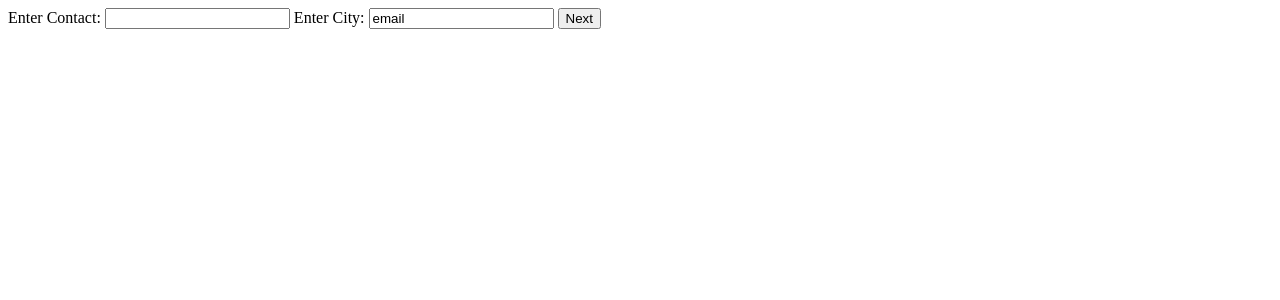
Repository: yrosario/ServeletPractiseEclipse
Page: session_demo/WebContent/Three.html
The author's editor kept a copy of each file at every save. The page is drawn from the files as they stood at one save, then again after the next save.
The browser window is 1280 px wide. The pictures show the whole page.

Above is the page before, as saved 2021-05-01 21:44:59.

### session_demo/WebContent/Three.html
<!DOCTYPE html>
<html>
<head>
<meta charset="UTF-8">
<title>Third</title>
</head>
<body>
	<form action="SummaryServlet" method="post">
		Enter Contact: <input type="number" value="age">
		Enter City: <input type="email" value="email">
		<input type="submit" value="Next">
	</form>

</body>
</html>

After the next save:
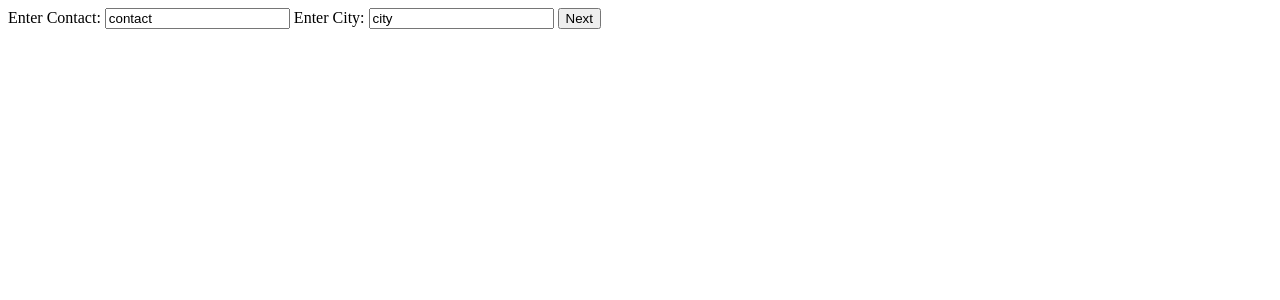
Saved 54 s later.
--- a/session_demo/WebContent/Three.html
+++ b/session_demo/WebContent/Three.html
@@ -6,8 +6,8 @@
 </head>
 <body>
 	<form action="SummaryServlet" method="post">
-		Enter Contact: <input type="number" value="age">
-		Enter City: <input type="email" value="email">
+		Enter Contact: <input type="text" value="contact">
+		Enter City: <input type="text" value="city">
 		<input type="submit" value="Next">
 	</form>
 
